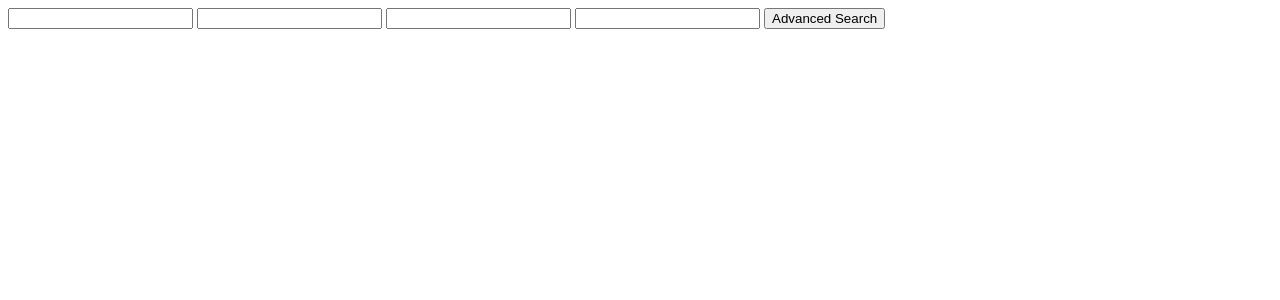
Repository: etentuk/search
Page: advanced_search.html
These files come from the project's save history. The page is drawn as it stood at one moment and after the next save; the edit follows.
The browser window is 1280 px wide. The pictures show the whole page.

Above is the page before, as saved 2021-11-03 22:45:09.

After the next save:
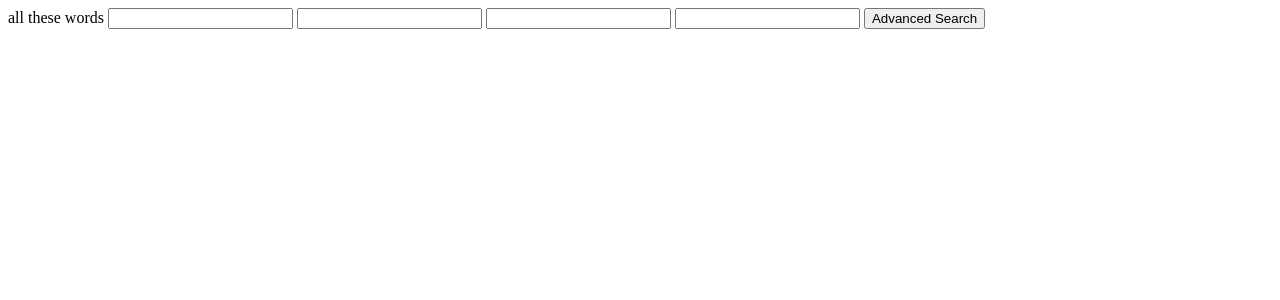
Saved 110 s later.
--- a/advanced_search.html
+++ b/advanced_search.html
@@ -5,7 +5,7 @@
     </head>
     <body>
         <form action="https://google.com/search">
-            <!-- <label>all these words </label> -->
+            <label>all these words </label>
             <input type="text" name="as_q">
             <input type="text" name="as_epq">
             <input type="text" name="as_oq">
